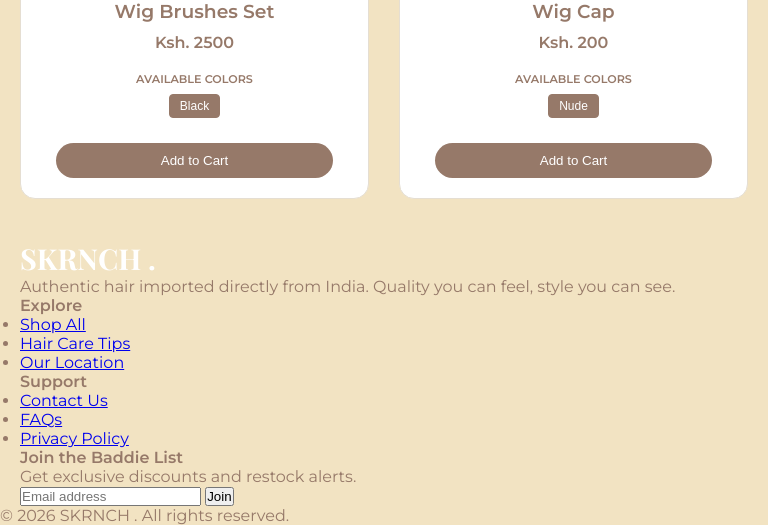
Repository: ndirituart/Portfolio
Page: products/hairessentials.html
An editor plug-in stored every save of this project. The page is shown before and after a run of saves, followed by the edit.
The browser window is 768 px wide. The pictures show the part of the page from y = 2760 to 3701 px (the page is 3285 px tall before and 3701 px after).
Some web fonts or font styles are not loaded; a fallback is used.

Above is the page before, as saved 2026-02-13 17:41:42.

After the next 2 saves:
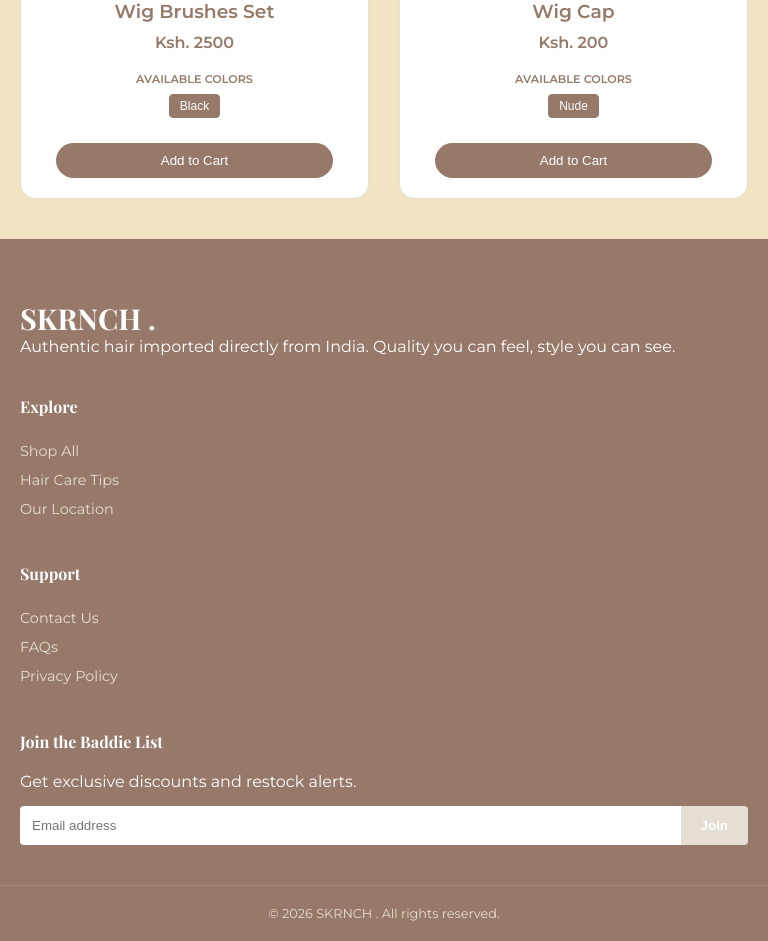
The 2 saves are shown as one change because they came seconds apart.
The last was saved 28 s later.
--- a/products/hairessentials.html
+++ b/products/hairessentials.html
@@ -298,4 +298,40 @@
 
         .price { font-weight: 700; margin: 10px 0; }
         .btn-cart { width: 80%; background: var(--deep-cocoa); color: white; border: none; padding: 10px; border-radius: 50px; cursor: pointer; }
+
+         /* --- FOOTER --- */
+        .main-footer {
+            background: var(--deep-cocoa);
+            color: white;
+            padding: 60px 0 20px;
+        }
+
+        .footer-grid {
+            display: grid;
+            grid-template-columns: 2fr 1fr 1fr 2fr;
+            gap: 40px;
+        }
+
+        .footer-links h4, .footer-contact h4 { font-family: var(--heading-font); margin-bottom: 20px; }
+        .footer-links ul { list-style: none; }
+        .footer-links ul li a { color: var(--sand); text-decoration: none; font-size: 0.9rem; line-height: 2; }
+
+        .input-group { display: flex; margin-top: 15px; }
+        .input-group input { padding: 12px; border-radius: 4px 0 0 4px; border: none; flex: 1; }
+        .input-group button { padding: 10px 20px; background: var(--sand); border: none; color: white; border-radius: 0 4px 4px 0; cursor: pointer; font-weight: 600; }
+
+        .footer-bottom {
+            text-align: center;
+            margin-top: 40px;
+            font-size: 0.8rem;
+            color: var(--sand);
+            border-top: 1px solid rgba(255,255,255,0.1);
+            padding-top: 20px;
+        }
+
+        @media (max-width: 768px) {
+            .footer-grid { grid-template-columns: 1fr; }
+            .selection-question h1 { font-size: 2rem; }
+            .selection-grid { gap: 30px; }
+        }
     </style>
